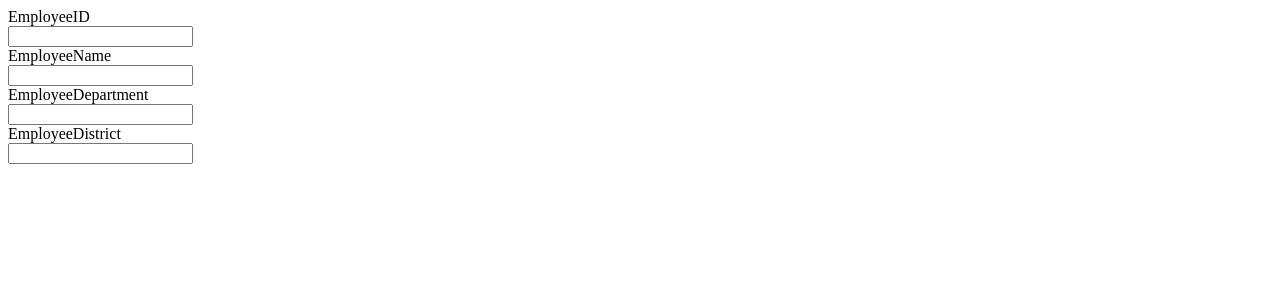
Repository: tamilnila96/Servlet
Page: http://localhost/EmployeeDetails/Employee.jsp
The author's editor kept a copy of each file at every save. The page is drawn from the files as they stood at one save, then again after the next save.
The browser window is 1280 px wide. The pictures show the whole page.
The page is served by Tomcat 9. Other server files are loaded and not shown.

Above is the page before, as saved 2025-05-12 09:19:28.

### EmployeeDetails/WebContent/Employee.jsp
<%@ page language="java" contentType="text/html; charset=ISO-8859-1"
    pageEncoding="ISO-8859-1"%>
<!DOCTYPE html>
<html>
<head>
<meta charset="ISO-8859-1">
<title>Welcome to EmployeePortal</title>
</head>
<body>
<form action="">
<div>
<label>EmployeeID</label><br>
<input type ="text" id = "EmployeeID" name = "EmployeeID">
</div>
<div>
<label>EmployeeName</label><br>
<input type ="text" id = "EmployeeName" name = "EmployeeName"><br>
</div>
<div>
<label>EmployeeDepartment</label><br>
<input type ="text" id = "EmployeeDepartment" name = "EmployeeDepartment"><br>
</div>
<div>
<label>EmployeeDistrict</label><br>
<input type ="text" id = "EmployeeDistrict" name = "EmployeeDistrict"><br>
</div>


</form>

</body>
</html>

After the next save:
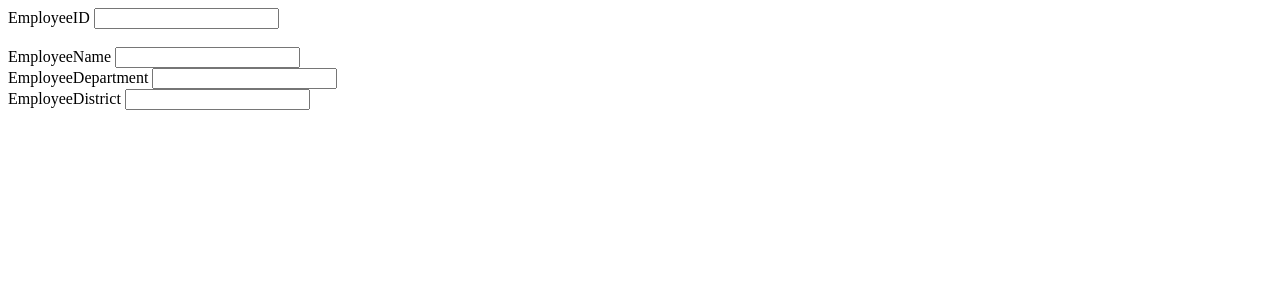
Saved 4 min 34 s later.
--- a/EmployeeDetails/WebContent/Employee.jsp
+++ b/EmployeeDetails/WebContent/Employee.jsp
@@ -9,20 +9,20 @@
 <body>
 <form action="">
 <div>
-<label>EmployeeID</label><br>
-<input type ="text" id = "EmployeeID" name = "EmployeeID">
+<label>EmployeeID</label>
+<input type ="text" id = "EmployeeID" name = "EmployeeID"></br>
+</div></br>
+<div>
+<label>EmployeeName</label>
+<input type ="text" id = "EmployeeName" name = "EmployeeName"></br>
 </div>
 <div>
-<label>EmployeeName</label><br>
-<input type ="text" id = "EmployeeName" name = "EmployeeName"><br>
+<label>EmployeeDepartment</label>
+<input type ="text" id = "EmployeeDepartment" name = "EmployeeDepartment"></br>
 </div>
 <div>
-<label>EmployeeDepartment</label><br>
-<input type ="text" id = "EmployeeDepartment" name = "EmployeeDepartment"><br>
-</div>
-<div>
-<label>EmployeeDistrict</label><br>
-<input type ="text" id = "EmployeeDistrict" name = "EmployeeDistrict"><br>
+<label>EmployeeDistrict</label>
+<input type ="text" id = "EmployeeDistrict" name = "EmployeeDistrict"></br>
 </div>
 
 
